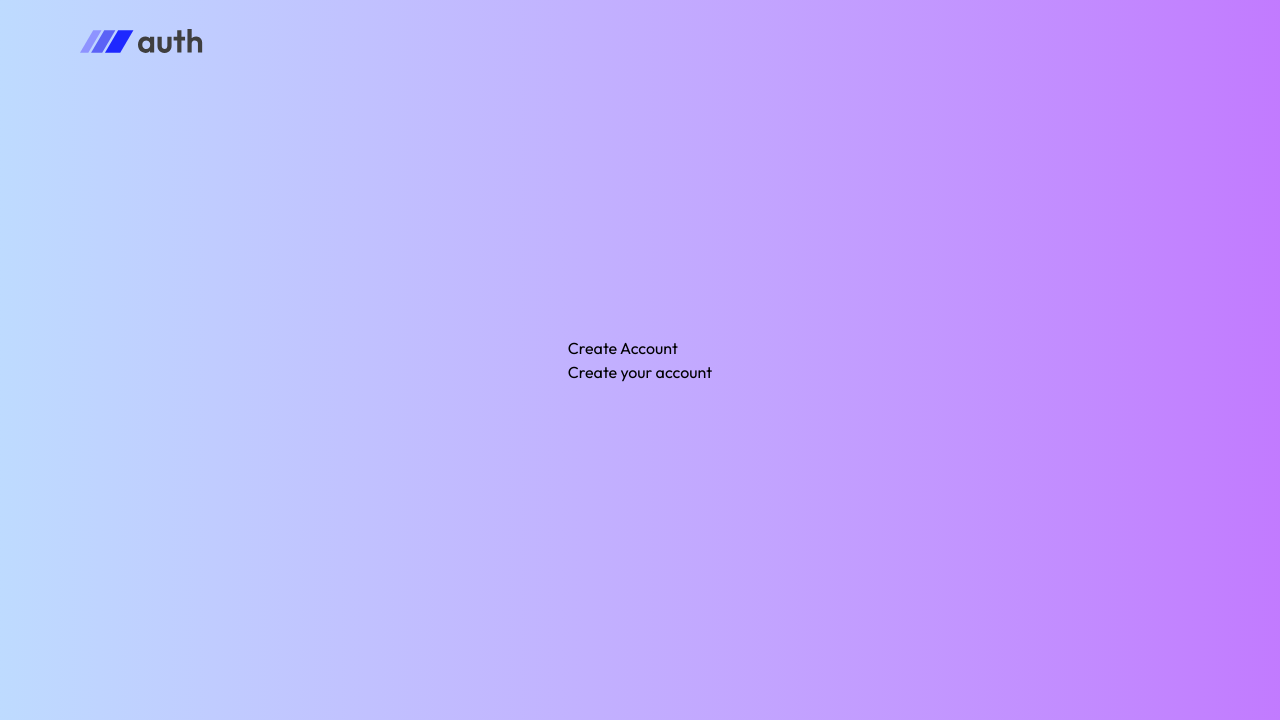
Repository: AuthnSapuarachchi/AuthnticationApplication-MERN-Stack
Page: /login (app in client/)
An editor plug-in stored every save of this project. The page is shown before and after a run of saves, followed by the edit.
The browser window is 1280 px wide. The pictures show the whole page.
The project was rebuilt for these pictures with package versions that can differ from the ones it lists, and the page was loaded fresh each time. Also part of the build but not shown: client/vite.config.js, client/src/components/NavBar.jsx, client/src/components/Header.jsx, client/src/pages/home.jsx, client/src/pages/ResetPassword.jsx, client/src/pages/EmailVerify.jsx.

Above is the page before, as saved 2025-07-31 12:02:06.

### client/index.html
<!doctype html>
<html lang="en">
  <head>
    <meta charset="UTF-8" />
    <link rel="icon" type="image/svg+xml" href="/favicon.svg" />
    <meta name="viewport" content="width=device-width, initial-scale=1.0" />
    <title>AuthCodeLab - MERN AUTH</title>
  </head>
  <body>
    <div id="root"></div>
    <script type="module" src="/src/main.jsx"></script>
  </body>
</html>

### client/src/main.jsx
import { StrictMode } from 'react'
import { createRoot } from 'react-dom/client'
import './index.css'
import App from './App.jsx'
import { BrowserRouter } from 'react-router-dom';

createRoot(document.getElementById('root')).render(
  <BrowserRouter>
    <App />
  </BrowserRouter>,
)

### client/src/index.css
@import url('https://fonts.googleapis.com/css2?family=Outfit:wght@100..900&display=swap');
@import "tailwindcss";

*{
  font-family: "Outfit", sans-serif;
}

### client/src/App.jsx
import React from 'react'
import { Routes, Router, Route } from 'react-router-dom'
import Home from './pages/home'
import Login from './pages/login'
import ResetPassword from './pages/ResetPassword'
import EmailVerify from './pages/EmailVerify'

const App = () => {
  return (
    <div>
      <Routes>
        <Route path='/' element={<Home />} />
        <Route path='/login' element={<Login />} />
        <Route path='/reset-password' element={<ResetPassword />} />
        <Route path='/email-verify' element={<EmailVerify />} />
      </Routes>
    </div>
  )
}

export default App

### client/src/pages/login.jsx
import React, { useState } from 'react'
import { assets } from '../assets/assets';

const Login = () => {
  const [state, setState] = useState('Sign Up');

  return (
    <div className='flex items-center justify-center min-h-screen px-6 sm:px-0 bg-gradient-to-r from-blue-200 to-purple-400 relative'>
      <img src={assets.logo} alt="" className='absolute left-5 sm:left-20
      top-5 w-28 sm:w-32 cursor-pointer' />
      <div>
        <h2>{state === 'Sign Up' ? 'Create Account' : 'Login'}</h2>
        <p>{state === 'Sign Up' ? 'Create your account' : 'Login to your account'}</p>
        <form action=""></form>
      </div>
    </div>
  )
}

export default Login

### client/src/assets/assets.js
import arrow_icon from './arrow_icon.svg'
import lock_icon from './lock_icon.svg'
import logo from './logo.svg'
import mail_icon from './mail_icon.svg'
import person_icon from './person_icon.svg'
import hand_wave from './hand_wave.png'
import header_img from './header_img.png'

export const assets = {
    arrow_icon,
    lock_icon,
    logo,
    mail_icon,
    person_icon,
    hand_wave,
    header_img
}

After the next 7 saves:
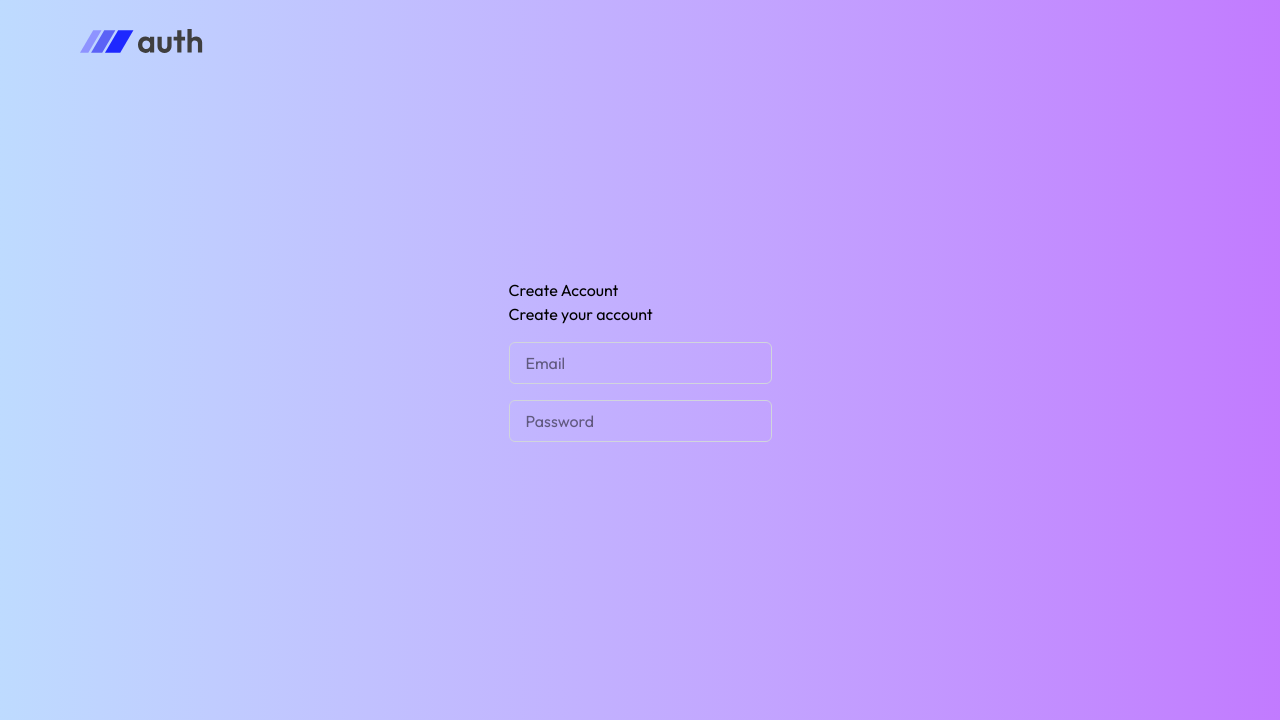
The 7 saves are shown as one change because 1 did not build or start and some came seconds apart.
The last was saved 19 s later.
--- a/client/src/pages/login.jsx
+++ b/client/src/pages/login.jsx
@@ -11,7 +11,12 @@ const Login = () => {
       <div>
         <h2>{state === 'Sign Up' ? 'Create Account' : 'Login'}</h2>
         <p>{state === 'Sign Up' ? 'Create your account' : 'Login to your account'}</p>
-        <form action=""></form>
+        <form>
+          <div className='flex flex-col gap-4 mt-4'>
+            <input type="text" placeholder='Email' className='border border-gray-300 px-4 py-2 rounded-md' />
+            <input type="password" placeholder='Password' className='border border-gray-300 px-4 py-2 rounded-md' />
+          </div>
+        </form>
       </div>
     </div>
   )
